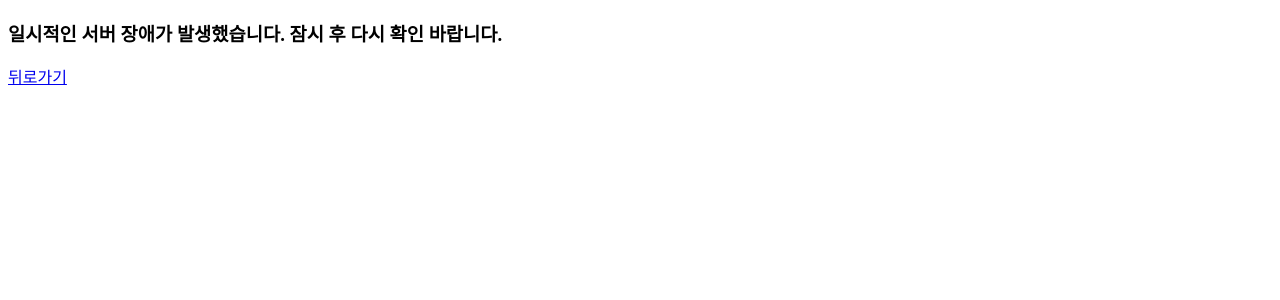
Repository: SangKyuuu/Jsp
Page: http://localhost/ch03/error/500.jsp
These files come from the project's save history. The page is drawn as it stood at one moment and after the next save; the edit follows.
The browser window is 1280 px wide. The pictures show the whole page.
The page is served by Tomcat 9.

Above is the page before, as saved 2025-07-28 07:44:48.

After the next save:
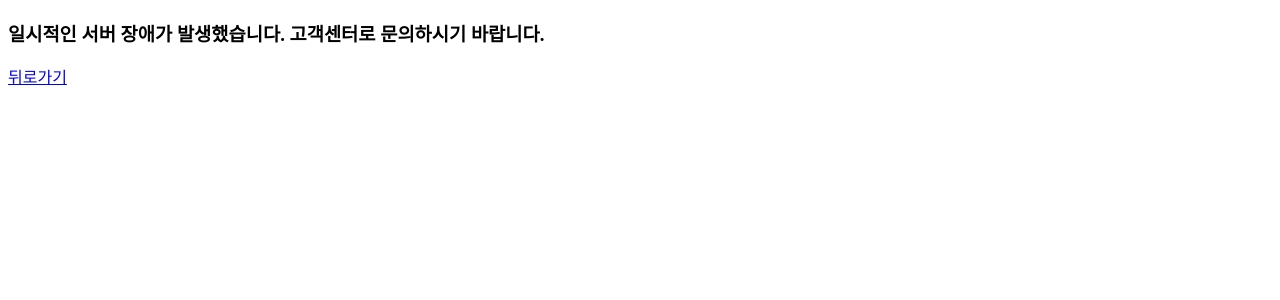
Saved 11 s later.
--- a/ch03/src/main/webapp/error/500.jsp
+++ b/ch03/src/main/webapp/error/500.jsp
@@ -6,7 +6,7 @@
 		<title>서버 에러</title>
 	</head>
 	<body>
-		<h3>일시적인 서버 장애가 발생했습니다. 잠시 후 다시 확인 바랍니다.</h3>
+		<h3>일시적인 서버 장애가 발생했습니다. 고객센터로 문의하시기 바랍니다.</h3>
 		<a href="../5_exception.jsp">뒤로가기</a>
 	</body>
 </html>
